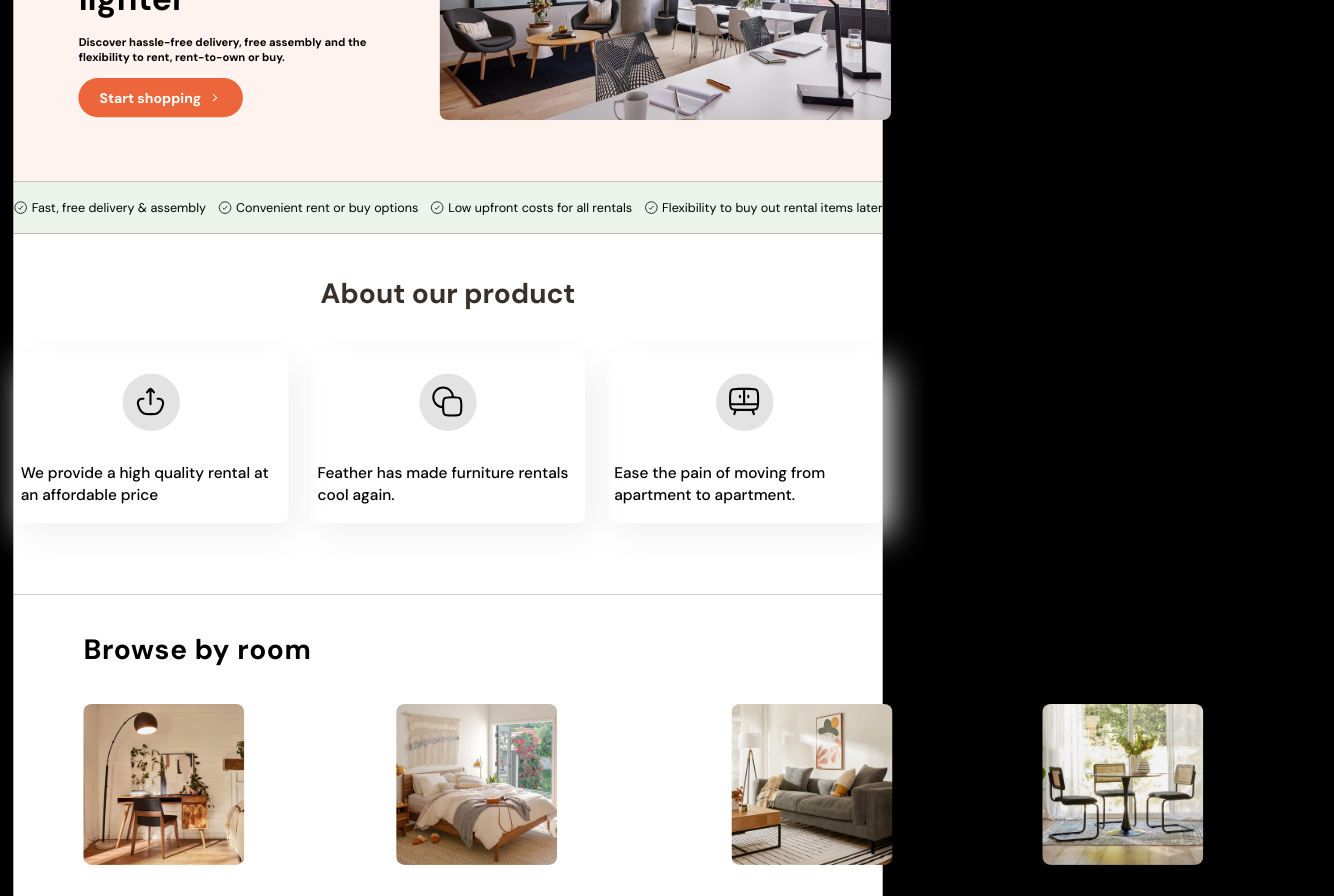
Repository: noman-source/Furniture-website
Page: index.html
The author's editor kept a copy of each file at every save. The page is drawn from the files as they stood at one save, then again after a run of saves.
The browser window is 1280 px wide. The page is 1905 px wide, so the pictures cover 1905 px, including what lies to the right of the window. The pictures show the part of the page from y = 402 to 1682 px (the page is 4311 px tall), at 70% of full size.

Above is the page before, as saved 2025-07-04 12:58:35.

After the next 2 saves:
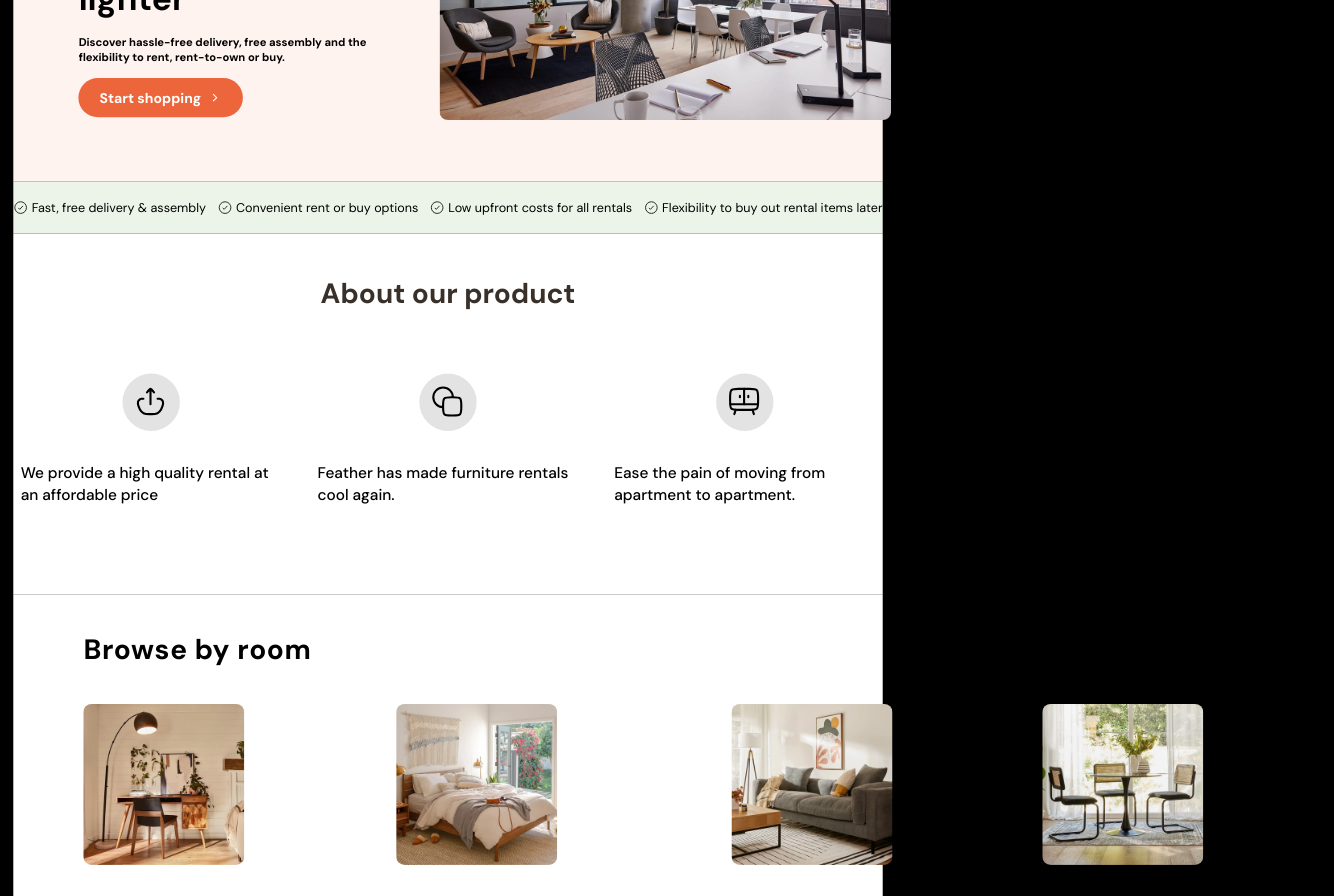
The 2 saves are shown as one change because they came seconds apart.
The last was saved 39 s later.
--- a/style.css
+++ b/style.css
@@ -202,7 +202,7 @@
     justify-content: center;
     flex-direction: column;
     gap: 50px;
-    box-shadow: 12px 16px 50px 0px #F0F0F0;
+    box-shadow: 12px 16px 50px 0px #F;
 }
 
 .section3-content .box .circle {
